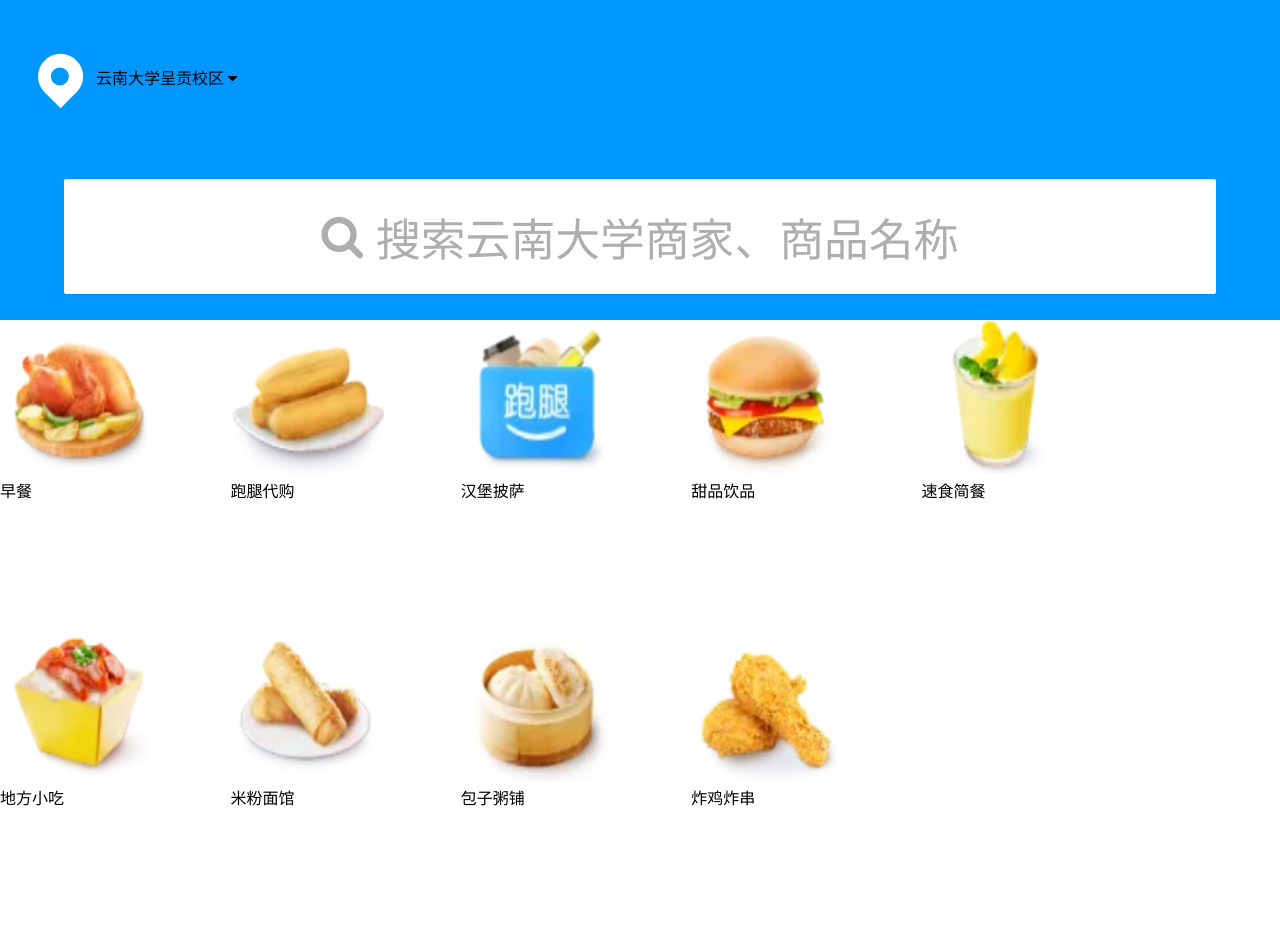
Repository: F000top/ele
Page: index.html
An editor plug-in stored every save of this project. The page is shown before and after the next save, followed by the edit.
The browser window is 1280 px wide. The pictures show the whole page.

Above is the page before, as saved 2022-06-07 21:32:21.

### index.html
<!DOCTYPE html>
<html lang="en">
<head>
    <meta charset="UTF-8">
    <!-- 移动端网页必备 -->
    <meta name="viewport" content="width=device-width,initial-scale=1">
    <!-- 导入一些库文件 -->
    <link href="framework/font-awesome/css/font-awesome.min.css" rel="stylesheet">
    <link href="framework/reset.css" rel="stylesheet">
    <link href="framework/icon.css" rel="stylesheet">
    <link href="css/index.css" rel="stylesheet">


    <meta http-equiv="X-UA-Compatible" content="IE=edge">
    <meta name="viewport" content="width=device-width, initial-scale=1.0">
    <title>云南大学校园外卖平台</title>
</head>
<body>
    <!-- 总容器 ，wrapper是包装器的意思-->
    <div class="wrapper">

        <!-- header部分 -->
        <header>
            <div class="icon-location-box">

                <div class="icon-location"></div>
            </div>

            <div>云南大学呈贡校区 <i class="fa fa-caret-down"></i></div>
        </header>

        <!-- search部分 -->
			<!--
			    搜索框部分（此块与search-fixed-top块宽度高度一致，用于当
				search-fixed-top块固定后，挡住下面块不要窜上去）
			-->
			<div class="search">
				<!-- 当滚动条超过上面的定位块时，search-fixed-top块变成固定在顶部。 -->
				<div class="search-fixed-top" id="fixedBox">
					<!-- 搜索框部分中间的白框 -->
					<div class="search-box">
						<i class="fa fa-search"></i>搜索云南大学商家、商品名称
					</div>
				</div>
			</div>

            <!-- 点餐分类部分 -->

             <ul class="foodtype">
               <li>
                   <img src="img/dcfl01.png">
                   <p>早餐</p>
               </li>

            <li>
                <img src="img/dcfl02.png">
                <p>跑腿代购</p>
            </li>

            <li>
                <img src="img/dcfl03.png">
                <p>汉堡披萨</p>
            </li>

            <li>
                <img src="img/dcfl04.png">
                <p>甜品饮品</p>
            </li>

            <li>
                <img src="img/dcfl05.png">
                <p>速食简餐</p>
            </li>

            <li>
                <img src="img/dcfl06.png">
                <p>地方小吃</p>
            </li>

            <li>
                <img src="img/dcfl07.png">
                <p>米粉面馆</p>
            </li>

            <li onclick="location.href='businessList.html'">
                <img src="img/dcfl09.png">
                <p>包子粥铺</p>
            </li>
            <li onclick="location.href='businessList.html'">
                <img src="img/dcfl10.png">
                <p>炸鸡炸串</p>
            </li>


             </ul>










    </div>
</body>
</html>

### framework/reset.css
/***************** CSS重置 *******************/
/* 开发自己想要的东西 */
html,body,div,span,h1,h2,h3,h4,h5,h6,ul,ol,li,p{
	margin: 0;
	padding: 0;
}

html,body{
	width: 100%;
	height: 100%;
	font-family: "幼圆";

}

ul,ol{
	list-style: none;

}

/* 标签 */
a{
	text-decoration: none;
}

### framework/icon.css
/**
 * location 定位小图标
 * 说明：使用div标签，加上icon-location类样式即可。
 *       但需要放置在一个容器中，调整容器大小，图标能自适应容器大小。
 * 示例：
 * <div class="icon-location-box">
 *     <div class="icon-location"></div>
 * </div>
 */
.icon-location {
	position: relative;
	width: 100%;
	height: 100%;
	border-radius: 50% 50% 50% 0;
	background: #fff;
	transform: rotate(-45deg);
}
.icon-location:after {
	content: '';
	width: 40%;
	height: 40%;
	margin: 30% 0 0 29%;
	background-color: #0097FF;
	position: absolute;
	border-radius: 50%;
}

### css/index.css
/* 总容器 */
.wrapper{
    width: 100%;
    height: 100%;
}
/* vw就是当前屏幕宽度的1% */
/* 头部header */
.wrapper header{
    width: 100%;
    height: 12vw;
    background-color: #0097ff;

    display: flex;
    align-items: center;
}

.wrapper header .icon-location-box{
    width: 3.5vw;
    height: 3.5vw;
    margin: 0 1vw 0 3vw;
}

.wrapper head.location-text{
    font-size: 4.5vw;
    font-weight: 700;
    color: rgba(24, 216, 168, 0.13);
}

.wrapper header .location-text.fa-caret-down{
    margin: left 1vw; ;
}


/* search部分 */

/****************** search ******************/
.wrapper .search{
	width: 100%;
	height: 13vw;
}
.wrapper .search .search-fixed-top{
	width: 100%;
	height: 13vw;
	background-color: #0097FF;
	display: flex;
	justify-content: center;
	align-items: center;
}
.wrapper .search .search-fixed-top .search-box{
	width: 90%;
	height: 9vw;
	background-color: #fff;
	border-radius: 2px;

	display: flex;
	justify-content: center;
	align-items: center;

	font-size: 3.5vw;
	color: #AEAEAE;
	font-family: "宋体";
	/*此样式是让文本选中状态无效*/
	user-select: none;
}
.wrapper .search .search-fixed-top .search-box .fa-search{
	margin-right: 1vw;
}



/* 点餐分类部分的css */

.wrapper .foodtype {
    width: 100%;
    height: 48vw;

    display: flex;
    flex-wrap:wrap ;

}

.wrapper .foodtype li{
    width: 18vw;
    height: 20vw;


}

.wrapper .foodtype li img{

    width: 12vw;
    height: 12vw;

}

Loaded but not shown: framework/font-awesome/css/font-awesome.min.css (library)

After the next save:
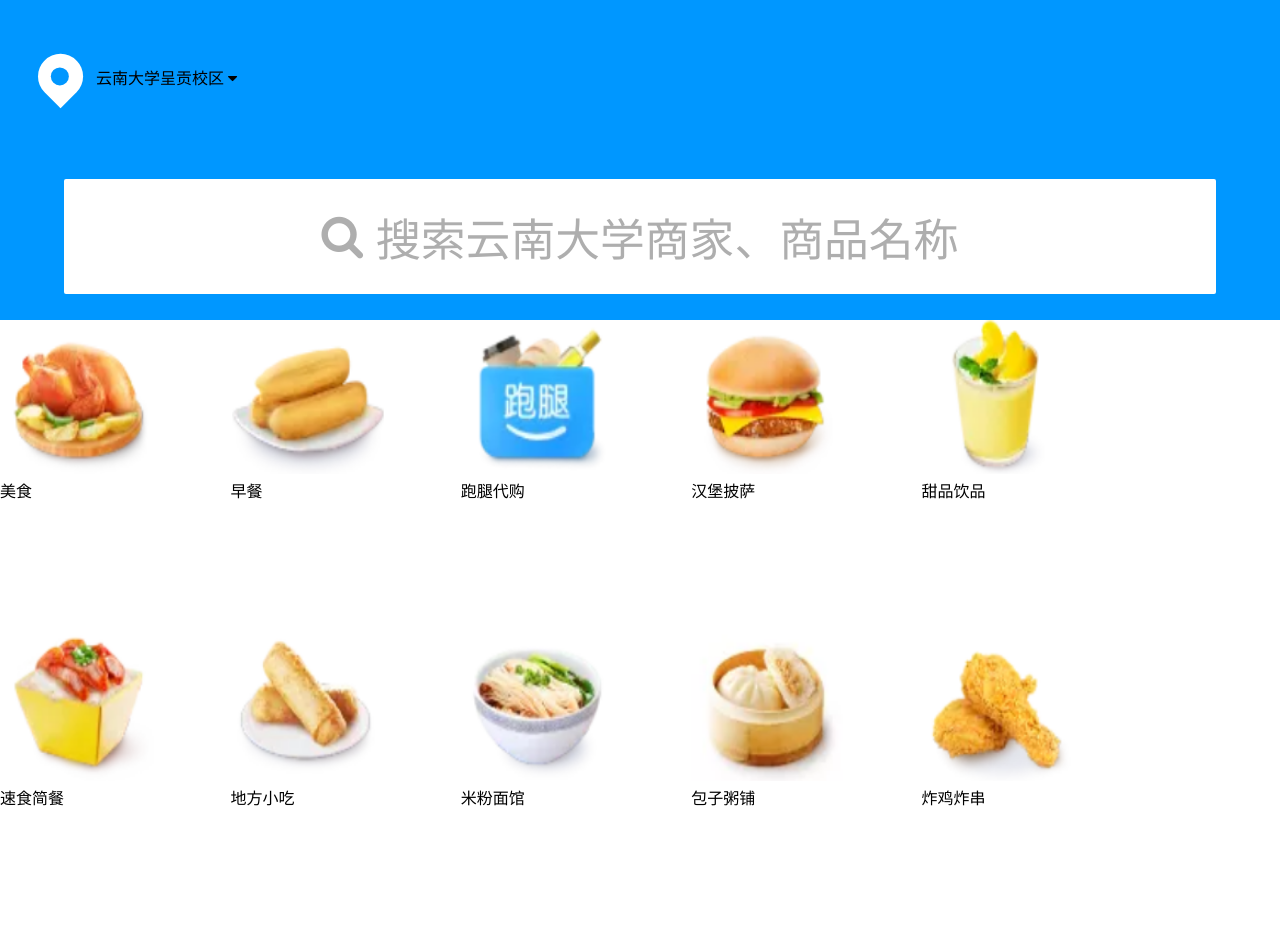
Saved 77 s later.
--- a/index.html
+++ b/index.html
@@ -45,51 +45,48 @@
 			</div>
 
             <!-- 点餐分类部分 -->
-
-             <ul class="foodtype">
-               <li>
-                   <img src="img/dcfl01.png">
-                   <p>早餐</p>
-               </li>
-
-            <li>
-                <img src="img/dcfl02.png">
-                <p>跑腿代购</p>
-            </li>
-
-            <li>
-                <img src="img/dcfl03.png">
-                <p>汉堡披萨</p>
-            </li>
-
-            <li>
-                <img src="img/dcfl04.png">
-                <p>甜品饮品</p>
-            </li>
-
-            <li>
-                <img src="img/dcfl05.png">
-                <p>速食简餐</p>
-            </li>
-
-            <li>
-                <img src="img/dcfl06.png">
-                <p>地方小吃</p>
-            </li>
-
-            <li>
-                <img src="img/dcfl07.png">
-                <p>米粉面馆</p>
-            </li>
-
-            <li onclick="location.href='businessList.html'">
-                <img src="img/dcfl09.png">
-                <p>包子粥铺</p>
-            </li>
-            <li onclick="location.href='businessList.html'">
-                <img src="img/dcfl10.png">
-                <p>炸鸡炸串</p>
-            </li>
+            <ul class="foodtype">
+				<li onclick="location.href='businessList.html'">
+					<img src="img/dcfl01.png">
+					<p>美食</p>
+				</li>
+				<li onclick="location.href='businessList.html'">
+					<img src="img/dcfl02.png">
+					<p>早餐</p>
+				</li>
+				<li onclick="location.href='businessList.html'">
+					<img src="img/dcfl03.png">
+					<p>跑腿代购</p>
+				</li>
+				<li onclick="location.href='businessList.html'">
+					<img src="img/dcfl04.png">
+					<p>汉堡披萨</p>
+				</li>
+				<li onclick="location.href='businessList.html'">
+					<img src="img/dcfl05.png">
+					<p>甜品饮品</p>
+				</li>
+				<li onclick="location.href='businessList.html'">
+					<img src="img/dcfl06.png">
+					<p>速食简餐</p>
+				</li>
+				<li onclick="location.href='businessList.html'">
+					<img src="img/dcfl07.png">
+					<p>地方小吃</p>
+				</li>
+				<li onclick="location.href='businessList.html'">
+					<img src="img/dcfl08.png">
+					<p>米粉面馆</p>
+				</li>
+				<li onclick="location.href='businessList.html'">
+					<img src="img/dcfl09.png">
+					<p>包子粥铺</p>
+				</li>
+				<li onclick="location.href='businessList.html'">
+					<img src="img/dcfl10.png">
+					<p>炸鸡炸串</p>
+				</li>
+			</ul>
 
 
              </ul>
